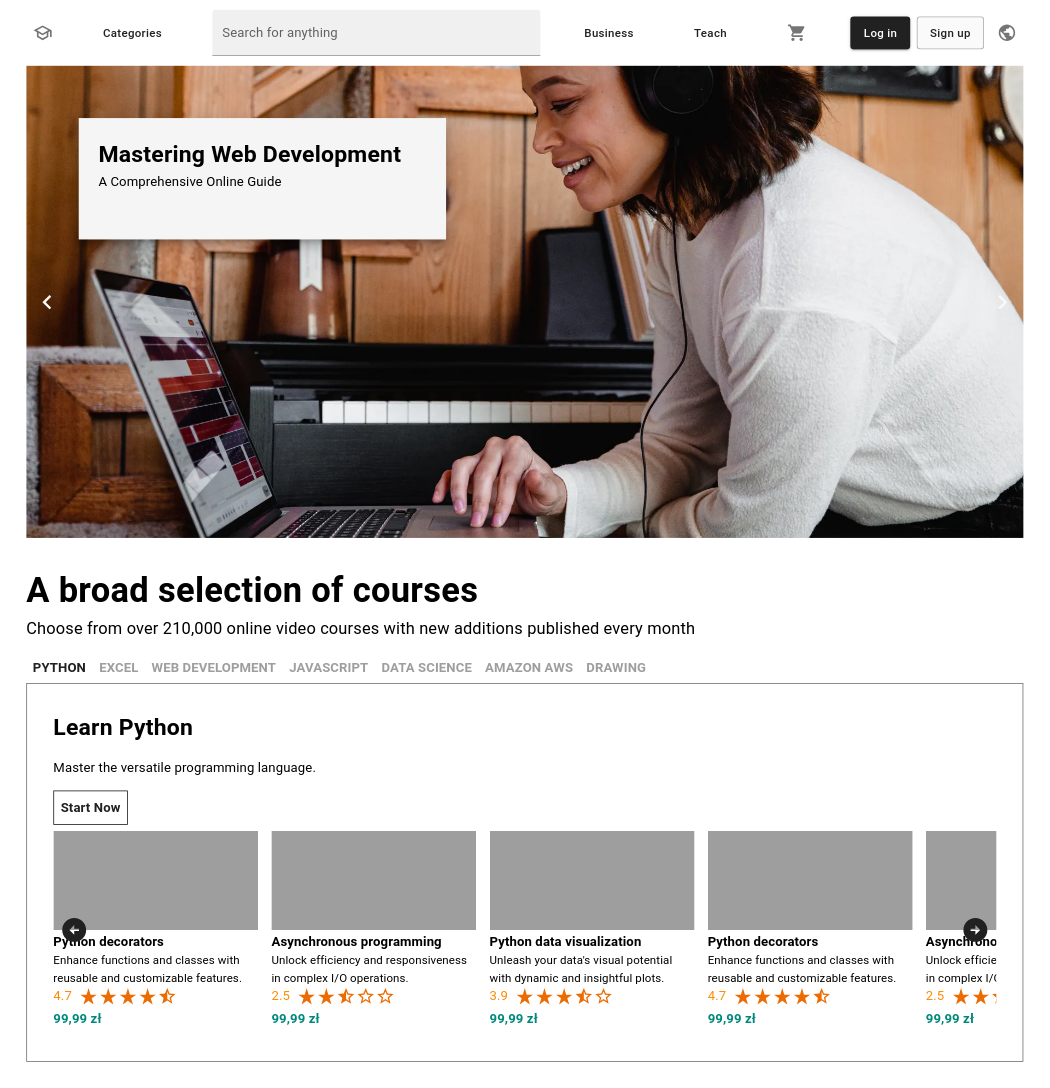
Repository: princ3-web/academy
Page: /
An editor plug-in stored every save of this project. The page is shown before and after a run of saves, followed by the edit.
The browser window is 1280 px wide. The pictures show the whole page, at 82% of full size.
Pictures or frames that could not be fetched are drawn as grey boxes. The project was rebuilt for these pictures with package versions that can differ from the ones it lists, and the page was loaded fresh each time. Also part of the build but not shown: vite.config.js, src/pages/Courses.jsx, src/pages/Business.jsx, src/pages/Teach.jsx.

Above is the page before, as saved 2023-07-10 12:56:24.

After the next 7 saves:
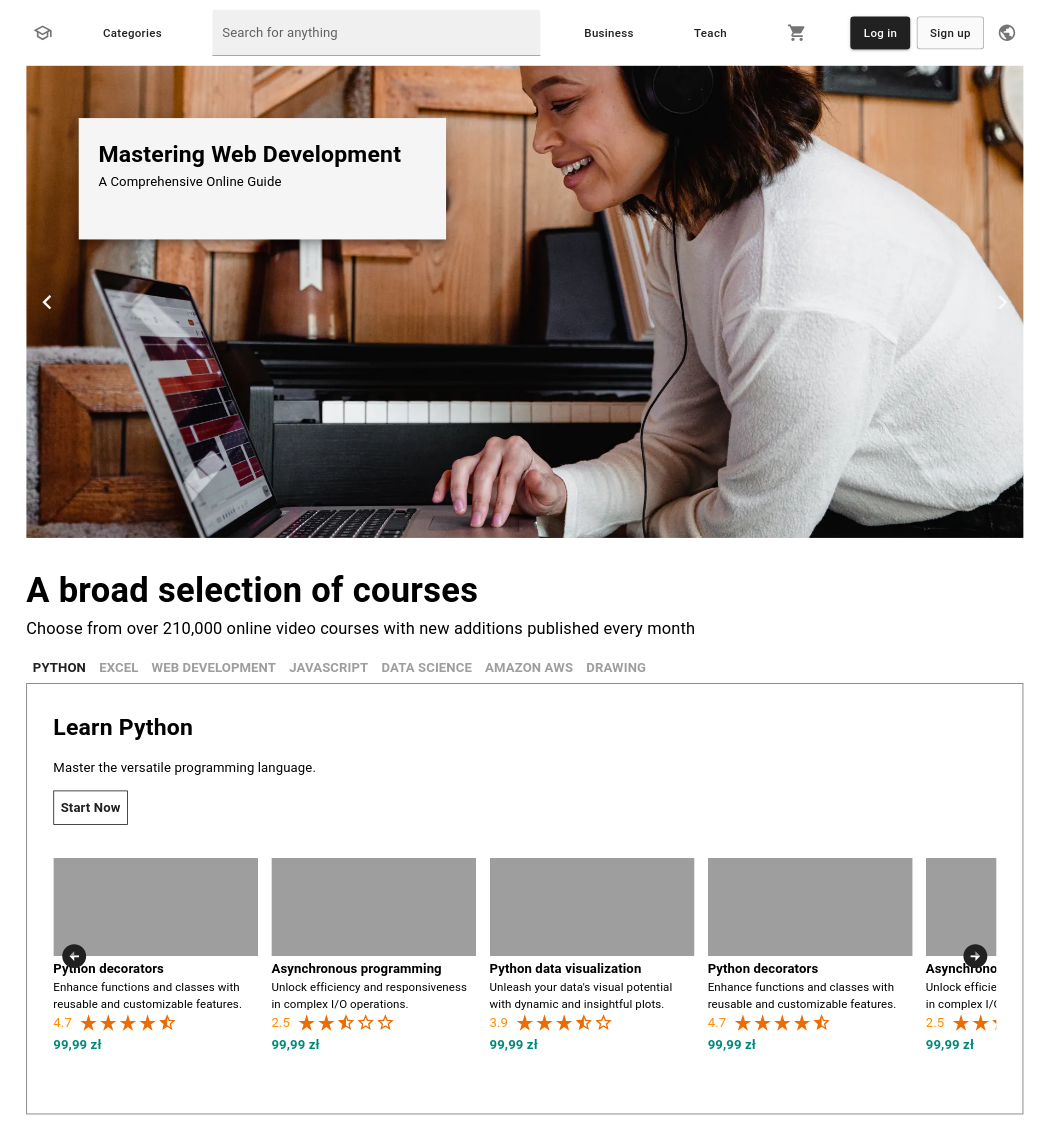
The 7 saves are shown as one change because they came seconds apart.
The last was saved 26 s later.
--- a/src/components/MultipleCarousel.jsx
+++ b/src/components/MultipleCarousel.jsx
@@ -63,7 +63,7 @@
           },
         }}
       >
-        <Box display="flex">
+        <Box display="flex" my={4}>
           {elements[index].array.map((item, n) => (
             <CourseCard
               title={item.title}
